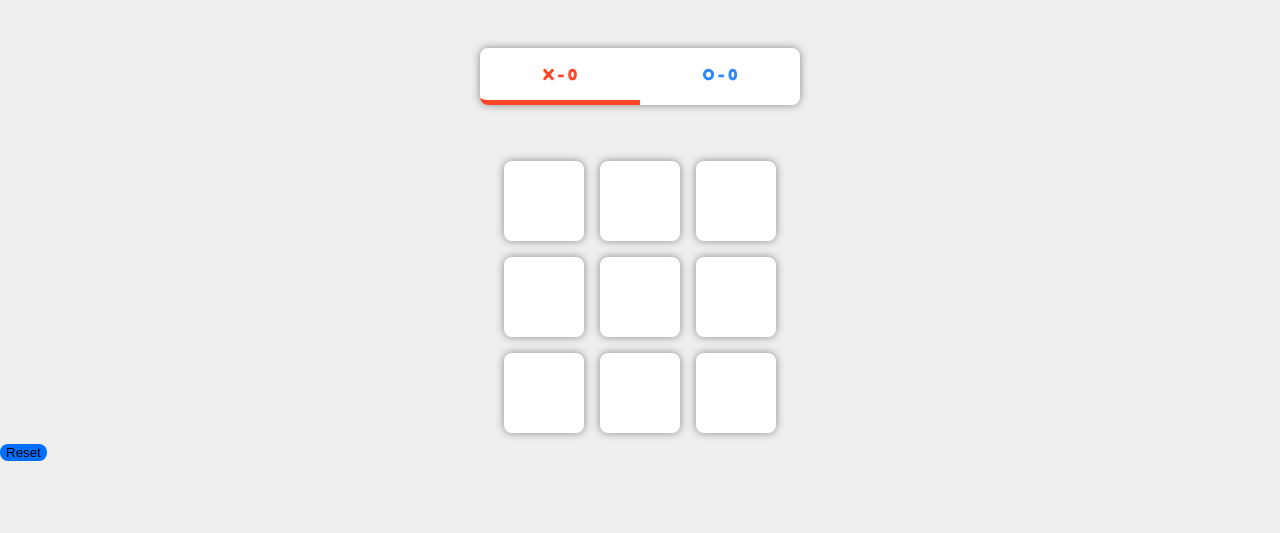
Repository: Seva2705/tic-tac-toe.github.io
Page: /
These files come from the project's save history. The page is drawn as it stood at one moment and after a run of saves; the edit follows.
The browser window is 1280 px wide. The pictures show the whole page.
The project was rebuilt for these pictures with package versions that can differ from the ones it lists, and the page was loaded fresh each time.

Above is the page before, as saved 2023-04-04 18:10:31.

After the next 9 saves:
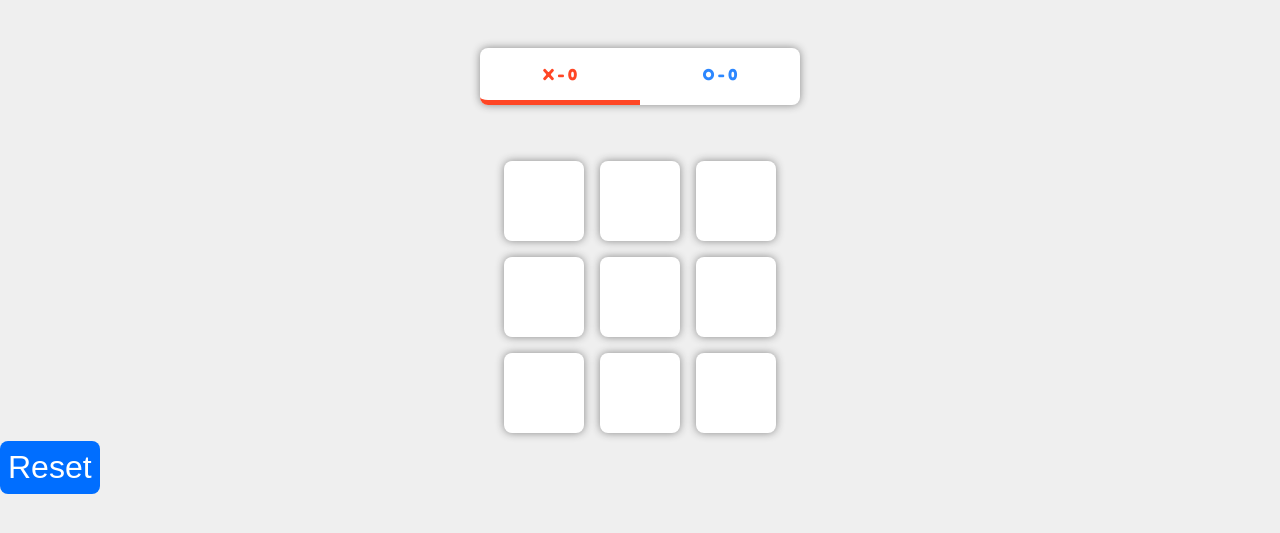
The 9 saves are shown as one change because they came seconds apart.
The last was saved 27 s later.
--- a/src/components/ResetButton.css
+++ b/src/components/ResetButton.css
@@ -2,4 +2,8 @@
     border: none;
     border-radius: 0.5rem;
     background-color: rgb(0, 110, 255);
+    color: white;
+    font-size: 2rem;
+    padding: 0.5rem;
+
 }
